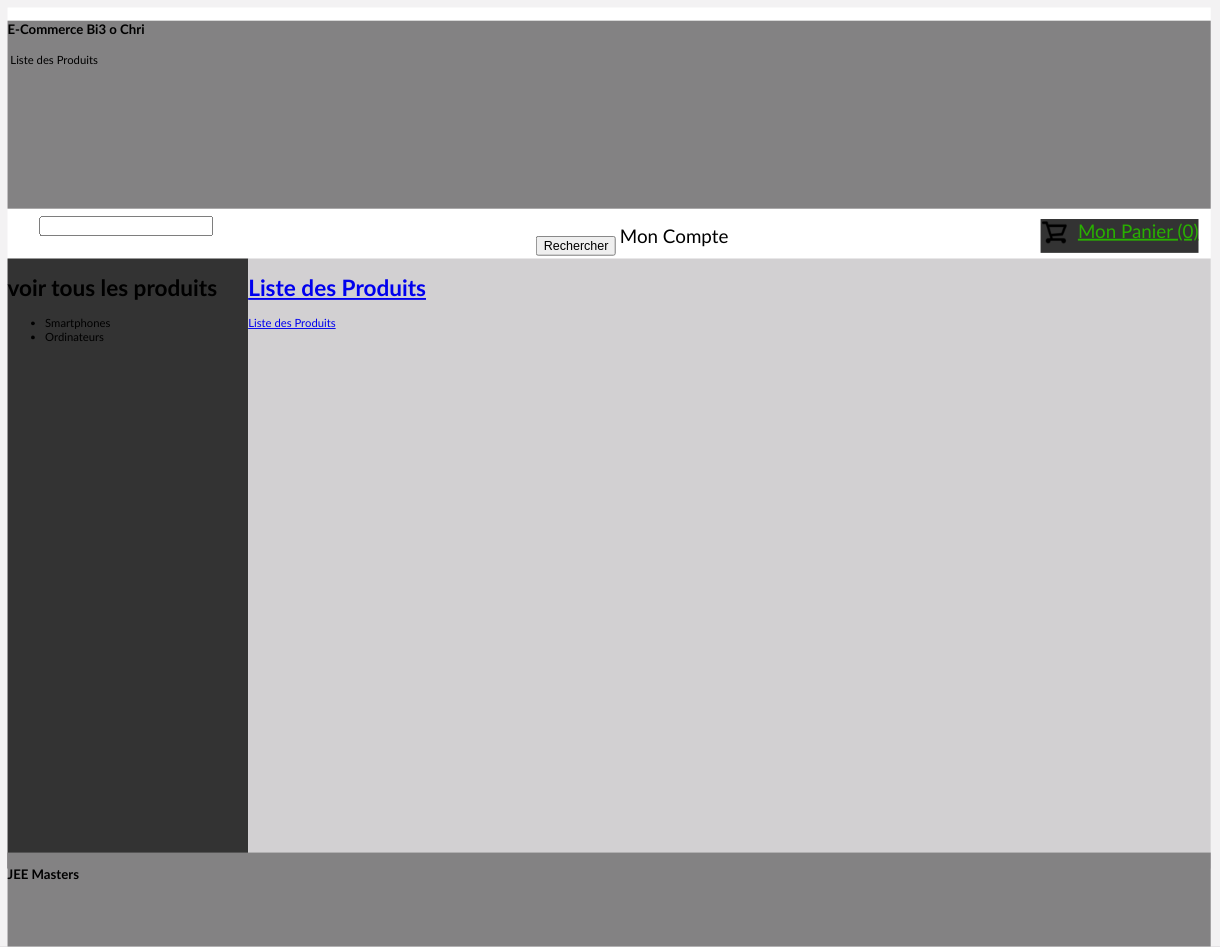
Repository: EBusinesss/Ebusiness
Page: http://localhost/EcomWEB/
These files come from the project's save history. The page is drawn as it stood at one moment and after the next save; the edit follows.
The browser window is 1280 px wide. The page is 1298 px wide, so the pictures cover 1298 px, including what lies to the right of the window. The pictures show the whole page, at 94% of full size.
The page is served by Tomcat 9. Nobody is signed in. The application's start-up code is not run.

Above is the page before, as saved 2014-12-25 15:17:05.

After the next save:
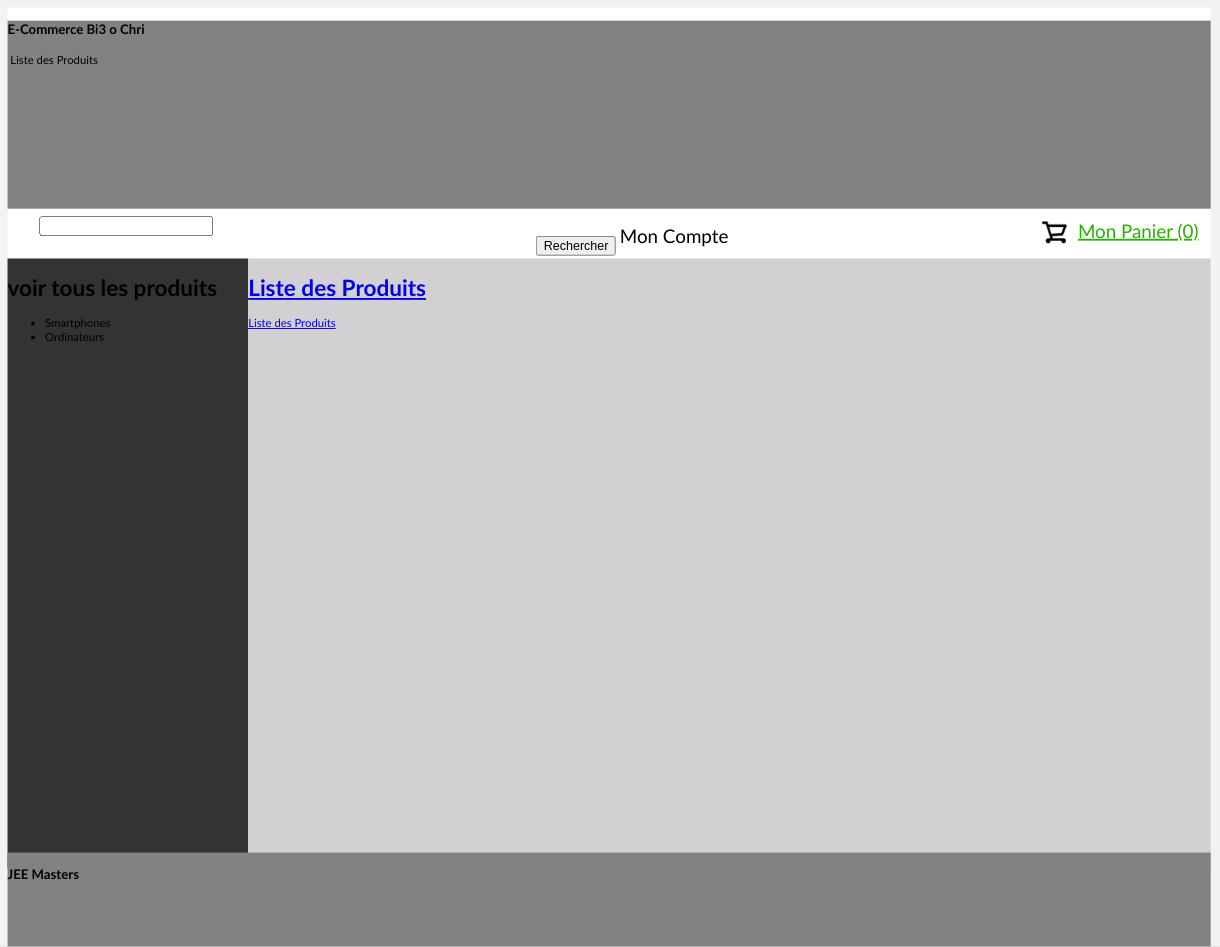
Saved 64 s later.
--- a/Workspace/EcomWEB/WebContent/style/style.css
+++ b/Workspace/EcomWEB/WebContent/style/style.css
@@ -35,7 +35,6 @@ body{
 }
 
 .Basket {
-	background: #333333;
 	float: right;
 }
 
